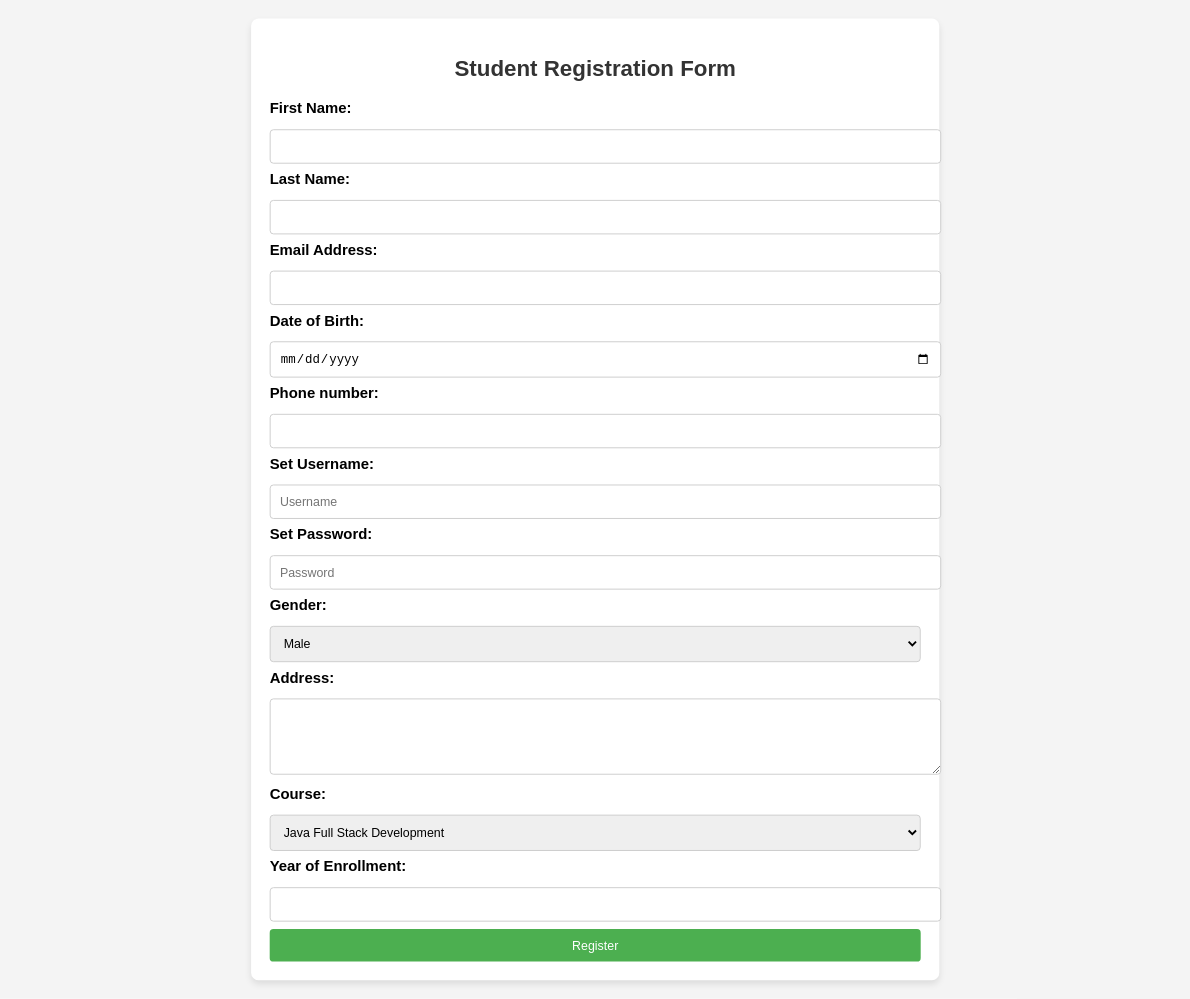
Repository: kkale14/My_allpr
Page: Kalyani1/src/main/webapp/Registration.html
These files come from the project's save history. The page is drawn as it stood at one moment and after the next save; the edit follows.
The browser window is 1280 px wide. The pictures show the whole page, at 93% of full size.

Above is the page before, as saved 2025-03-03 16:46:28.

After the next save:
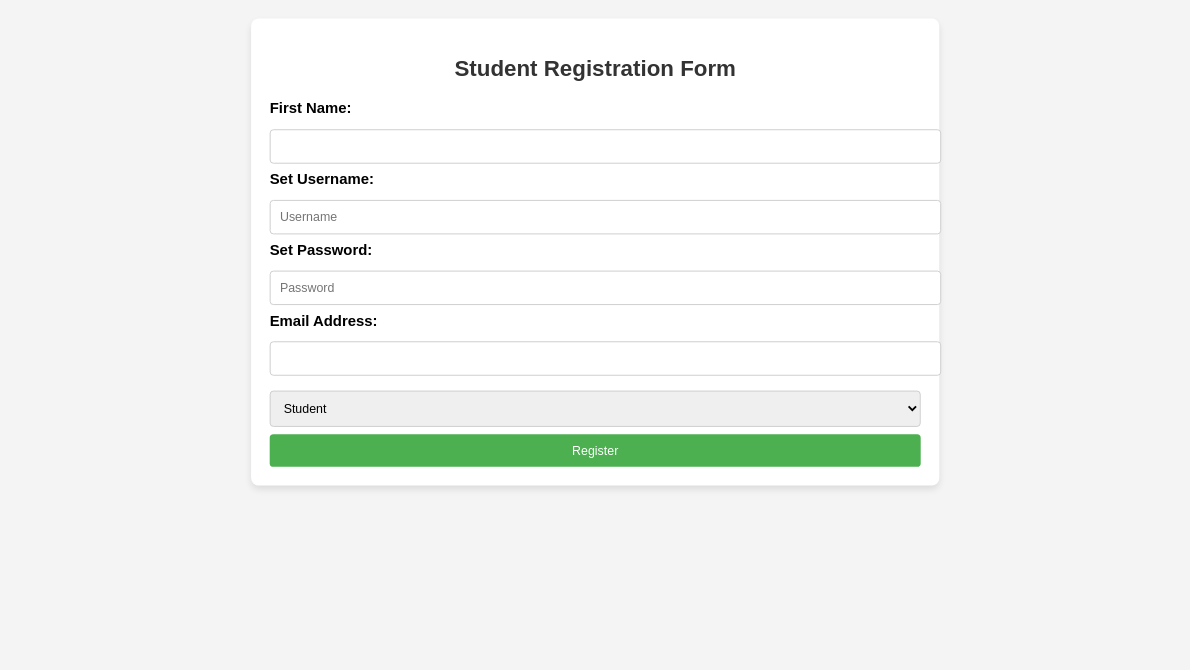
Saved 3 min 32 s later.
--- a/Kalyani1/src/main/webapp/Registration.html
+++ b/Kalyani1/src/main/webapp/Registration.html
@@ -68,47 +68,25 @@
             <label for="first_name">First Name:</label>
             <input type="text" id="first_name" name="first_name" required>
 
-            <label for="last_name">Last Name:</label>
-            <input type="text" id="last_name" name="last_name" required>
+
+
+            <label for="username">Set Username:</label>
+             <input type="text" id="username" name="username" class="input-field" placeholder="Username" required>
+
+
+             <label for="password">Set Password:</label>
+            <input type="password" id="password" name="password" class="input-field" placeholder="Password" required>
+
 
             <label for="email">Email Address:</label>
             <input type="email" id="email" name="email" required>
 
-            <label for="dob">Date of Birth:</label>
-            <input type="date" id="dob" name="dob" required>
 
-            <label for="mob">Phone number:</label>
-            <input type="mob" id="mob" name="mob" required>
+             <select id="userType" name="userType" class="input-field">
+                    <option value="student">Student</option>
+                    <option value="admin">Admin</option>
+                </select>
 
-            <label for="username">Set Username:</label>
-             <input type="text" id="username" name="username" class="input-field" placeholder="Username" required>
-
-             <label for="password">Set Password:</label>
-            <input type="password" id="password" name="password" class="input-field" placeholder="Password" required>
-
-            <label for="gender">Gender:</label>
-            <select id="gender" name="gender" required>
-                <option value="male">Male</option>
-                <option value="female">Female</option>
-
-            </select>
-
-            <!-- Address Section -->
-            <label for="address">Address:</label>
-            <textarea id="address" name="address" rows="4" required></textarea>
-
-            <!-- Course Information Section -->
-            <label for="course">Course:</label>
-            <select id="course" name="course" required>
-                <option value="computer_science">Java Full Stack Development</option>
-                <option value="engineering">Python </option>
-                <option value="medicine">.Net</option>
-                <option value="law">Data Science</option>
-                <option value="business">Web Developer</option>
-            </select>
-
-            <label for="year_of_enrollment">Year of Enrollment:</label>
-            <input type="text" id="year_of_enrollment" name="year_of_enrollment" required>
 
             <!-- Submit Button -->
             <button type="submit" value="Submit">Register</button>
